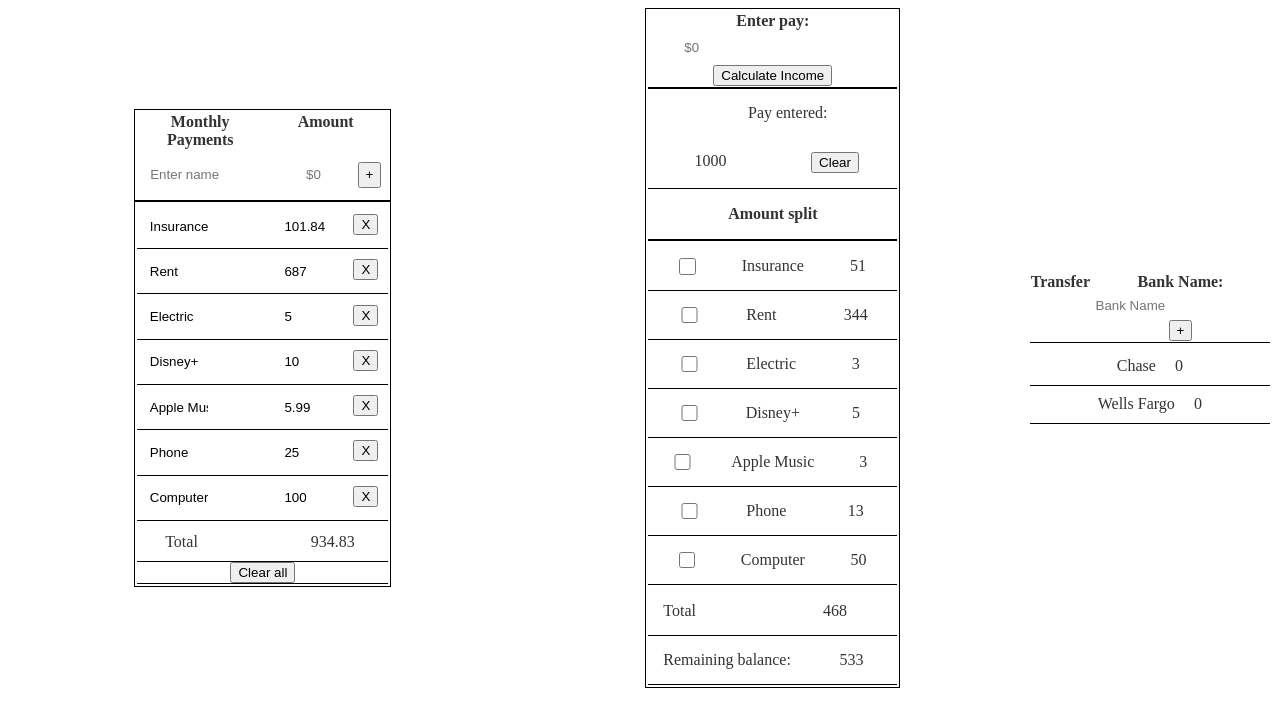
Repository: Kayla-amr/final-project-vue
Page: /
The author's editor kept a copy of each file at every save. The page is drawn from the files as they stood at one save, then again after the next save.
The browser window is 1280 px wide. The pictures show the whole page.
The project was rebuilt for these pictures with package versions that can differ from the ones it lists, and the page was loaded fresh each time. Also part of the build but not shown: vite.config.js.

Above is the page before, as saved 2023-04-11 17:32:27.

After the next save:
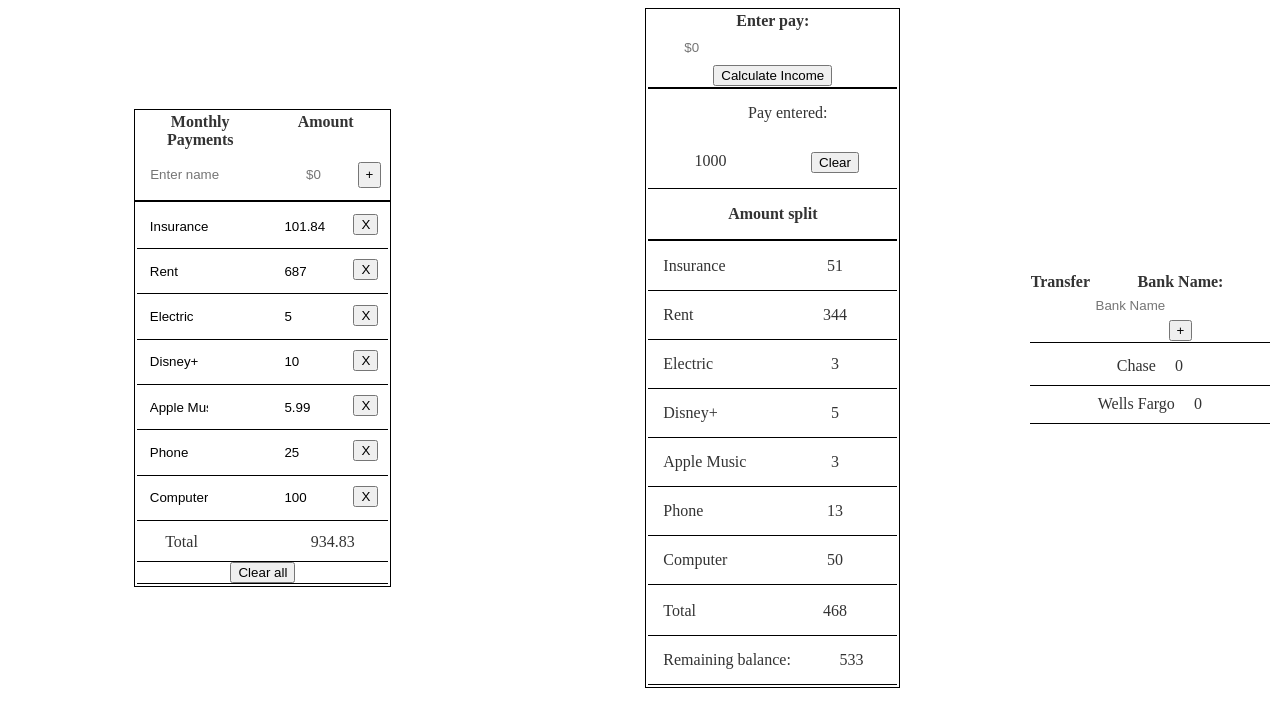
Saved 37 s later.
--- a/src/components/SplitBudget.vue
+++ b/src/components/SplitBudget.vue
@@ -37,7 +37,7 @@
             </thead>
             <tbody>
                 <tr v-for="budget in budgets" :key="budget.id">
-                    <td> <input type="checkbox" v-model="budgetSelected"></td>
+
                     <td class="name">{{ budget.name }}</td>
                     <td>
                         {{ Math.ceil(budget.amount / 2) }}
